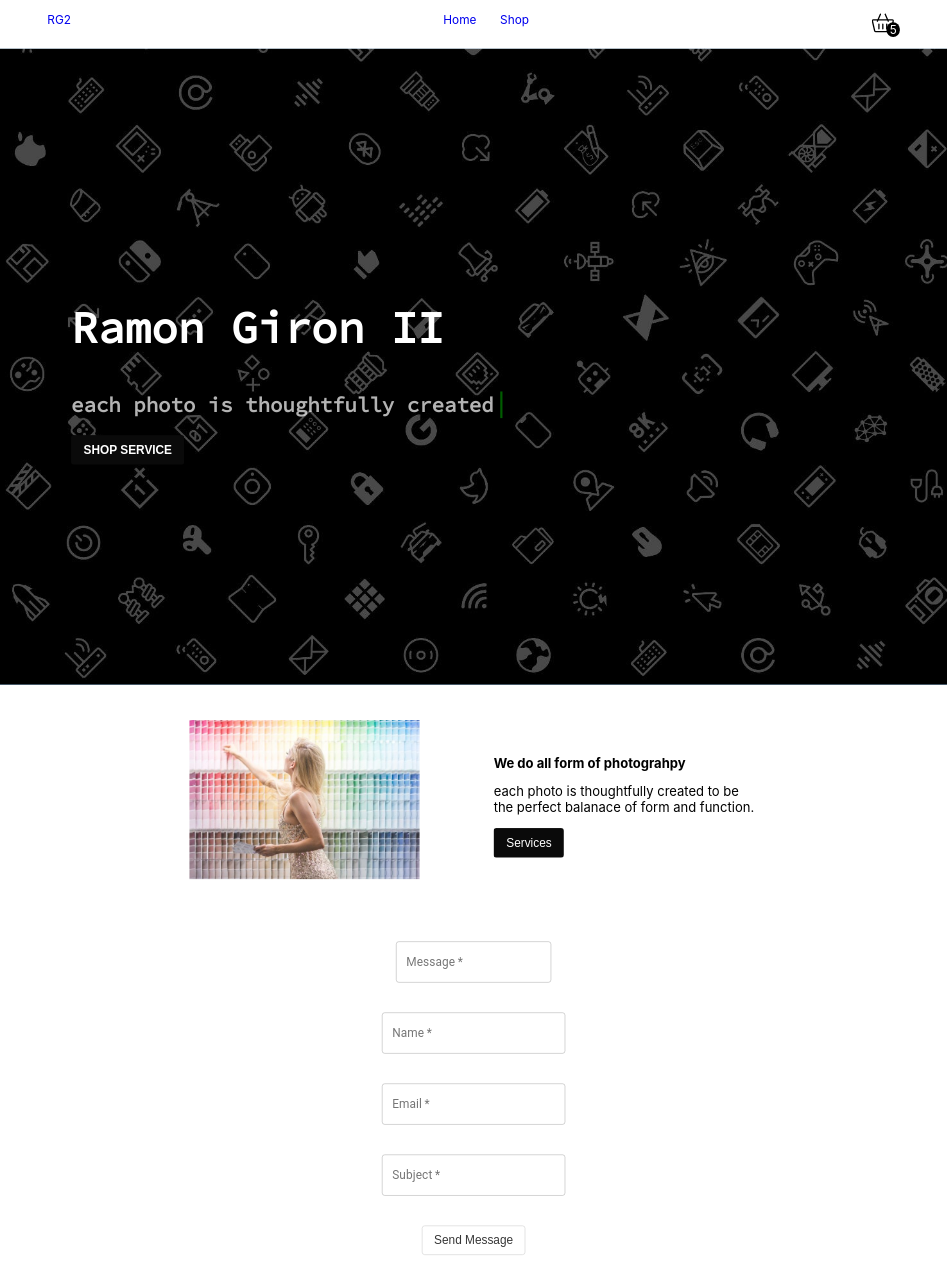
Repository: realistmccoy/coolify
Page: / (app in personalecom/)
The author's editor kept a copy of each file at every save. The page is drawn from the files as they stood at one save, then again after the next save.
The browser window is 1280 px wide. The pictures show the whole page, at 74% of full size.
The project was rebuilt for these pictures with package versions that can differ from the ones it lists, and the page was loaded fresh each time.

Above is the page before, as saved 2021-02-21 23:38:01.

After the next save:
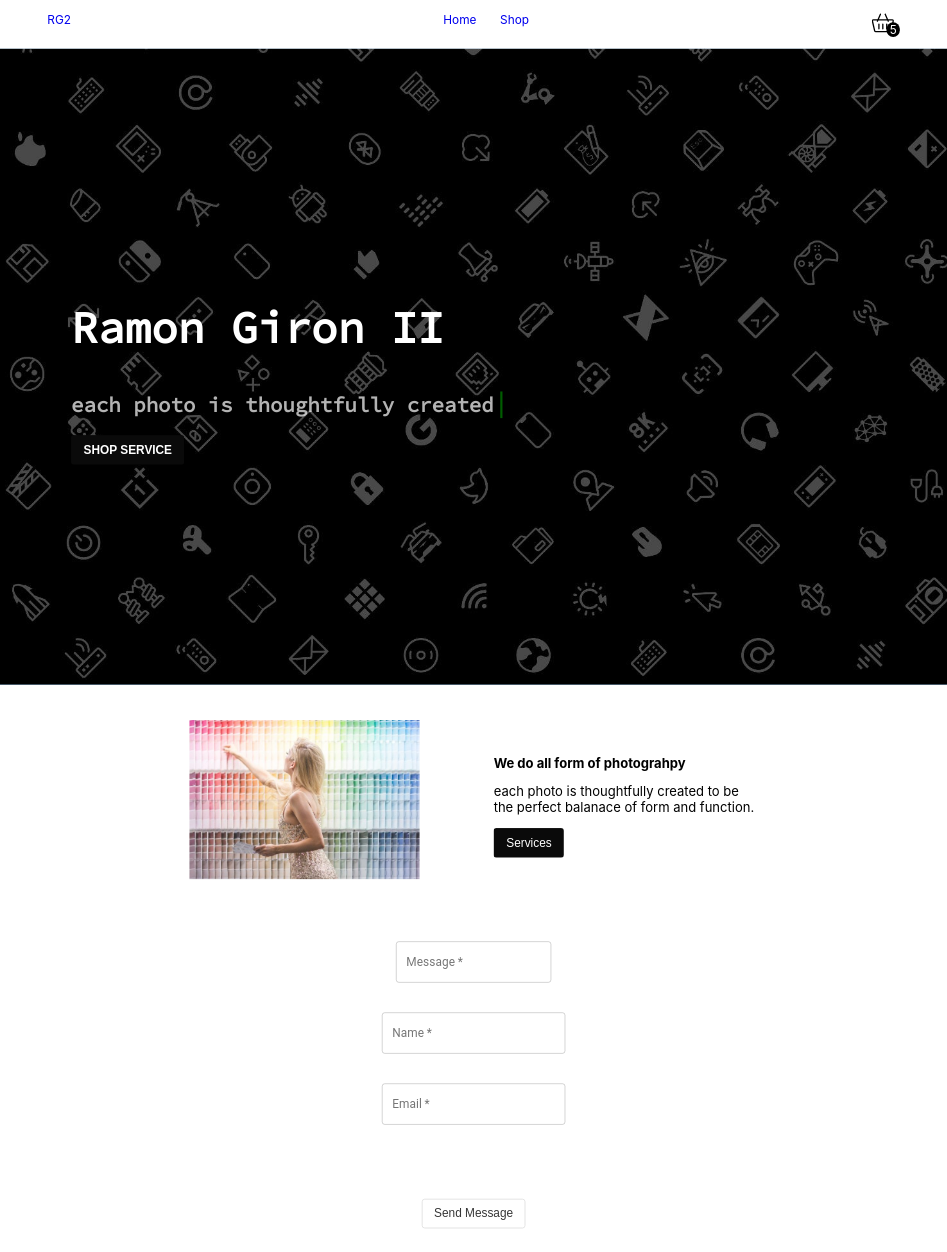
Saved 71 s later.
--- a/personalecom/src/components/contactform/contactForm.jsx
+++ b/personalecom/src/components/contactform/contactForm.jsx
@@ -110,15 +110,7 @@ state = {name:"",message:"",email:"",subject:"",sent:false,buttonText:"Send Mess
         <br />
         <br />
         <br />
-        <TextField
-          id="outlined-basic"
-          placeholder="Enter Subject"
-          label="Subject"
-          variant="outlined"
-          value={this.state.subject}
-          onChange={(e) => this.setState({ subject: e.target.value })}
-          required
-        />
+
         <br />
         <br />
         <br />
